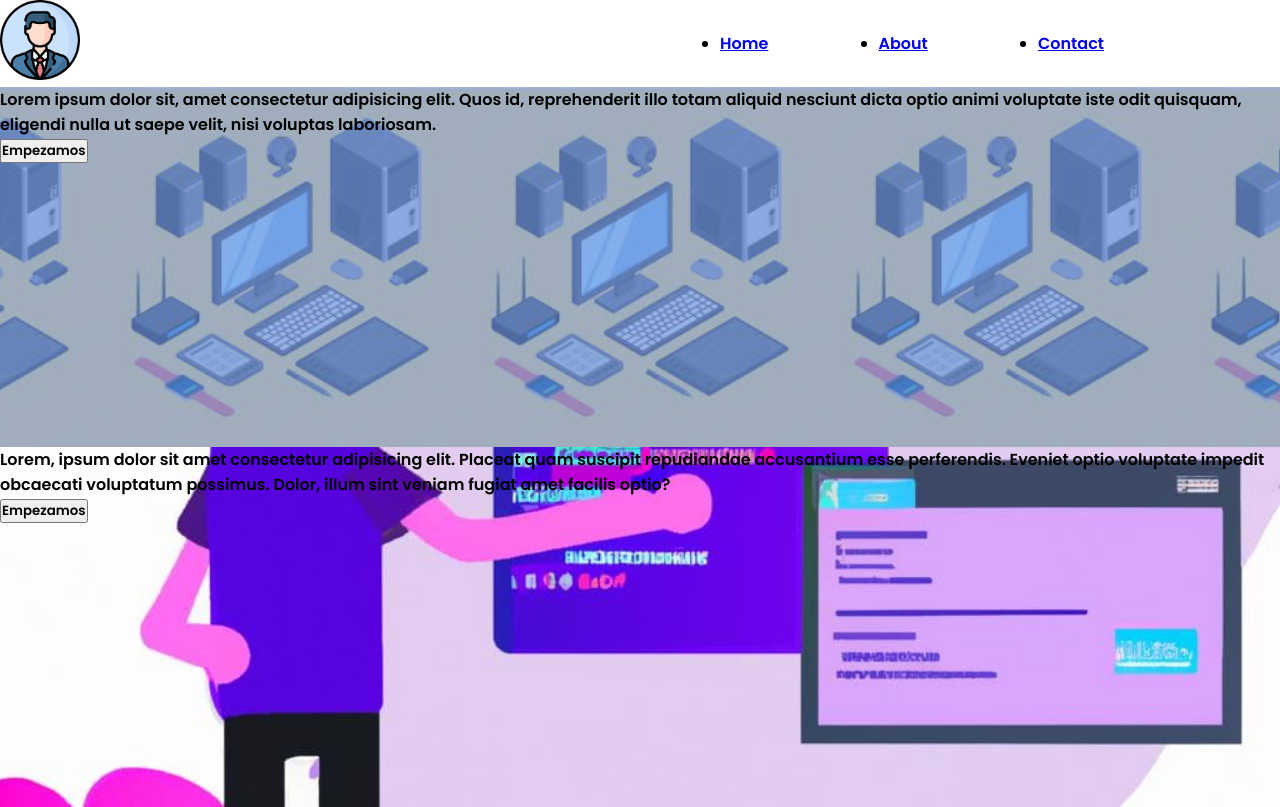
Repository: Sxcram02/projects
Page: screen-split/index.html
The author's editor kept a copy of each file at every save. The page is drawn from the files as they stood at one save, then again after the next save.
The browser window is 1280 px wide. The pictures show the whole page.

Above is the page before, as saved 2023-03-17 00:30:22.

### screen-split/index.html
<!DOCTYPE html>
<html lang="en">
<head>
    <meta charset="UTF-8">
    <meta http-equiv="X-UA-Compatible" content="IE=edge">
    <meta name="viewport" content="width=device-width, initial-scale=1.0">
    <link rel="stylesheet" href="https://cdn.jsdelivr.net/npm/boxicons@latest/css/boxicons.min.css">
    <link rel="stylesheet" href="style/index.css" type="text/css">
    <title>Screen Split</title>
</head>
<body>
    <div class="root-element">
    <header>
        <div class="image-perfil">
            <img src="media/Sin título.png" class="photoPerfil" alt="">
        </div>
        <nav>
            <ul>
                <li><a href="/index.html">Home</a></li>
                <li><a href="#">About</a></li>
                <li><a href="#">Contact</a></li>
            </ul>
        </nav>
    </header>
    <main>
        <aside class="box-text">
            <div class="image-filterHard">
            <p>Lorem ipsum dolor sit, amet consectetur adipisicing elit. Quos id, reprehenderit illo totam aliquid nesciunt dicta optio animi voluptate iste odit quisquam, eligendi nulla ut saepe velit, nisi voluptas laboriosam.</p>
            <button>Empezamos</button>
            </div>
        </aside>
        <aside class="box-software">
            <div class="image-filterSoft">
            <p>Lorem, ipsum dolor sit amet consectetur adipisicing elit. Placeat quam suscipit repudiandae accusantium esse perferendis. Eveniet optio voluptate impedit obcaecati voluptatum possimus. Dolor, illum sint veniam fugiat amet facilis optio?</p>
            <button>Empezamos</button>
            </div>
        </aside>
    </main>
    </div>
</body>
</html>

### screen-split/style/index.css
@import url('https://fonts.googleapis.com/css2?family=Poppins:ital,wght@0,600;0,700;0,800;1,700&display=swap');

* {
    padding: 0;
    margin: 0;
    box-sizing: border-box;
    font-family: 'Poppins',sans-serif;
}

header {
    width: 100vw;
    display: flex;
    justify-content: start;
    align-items: center;
}

.photoPerfil {
    width: 80px;
}

nav {
    margin-left: 50%;
    width: 30%;
}

nav ul {
    display: flex;
    justify-content: space-between;
    align-items: center;
}

main {
    width:100vw;
    height: 50vh;
}

aside {
    width: 100%;
    height: 100%;
}

.box-text {
    background-image: url(../media/hardware.jpeg);
    background-position: center;
    background-size: contain;
}

.box-software {
    background-image: url(../media/software.jpg);
    background-position: center;
    background-size: cover;
}

.image-filterHard {
    background-color: rgba(100, 148, 237, 0.605);
    height: 100%;
}

/* @media screen and (min-width:1000px){
    nav {
        width: 50%;
    }

    main {
        flex-direction: row;
    }

    div {
        width: 50%;
        height: 100vh;
    }
} */

After the next save:
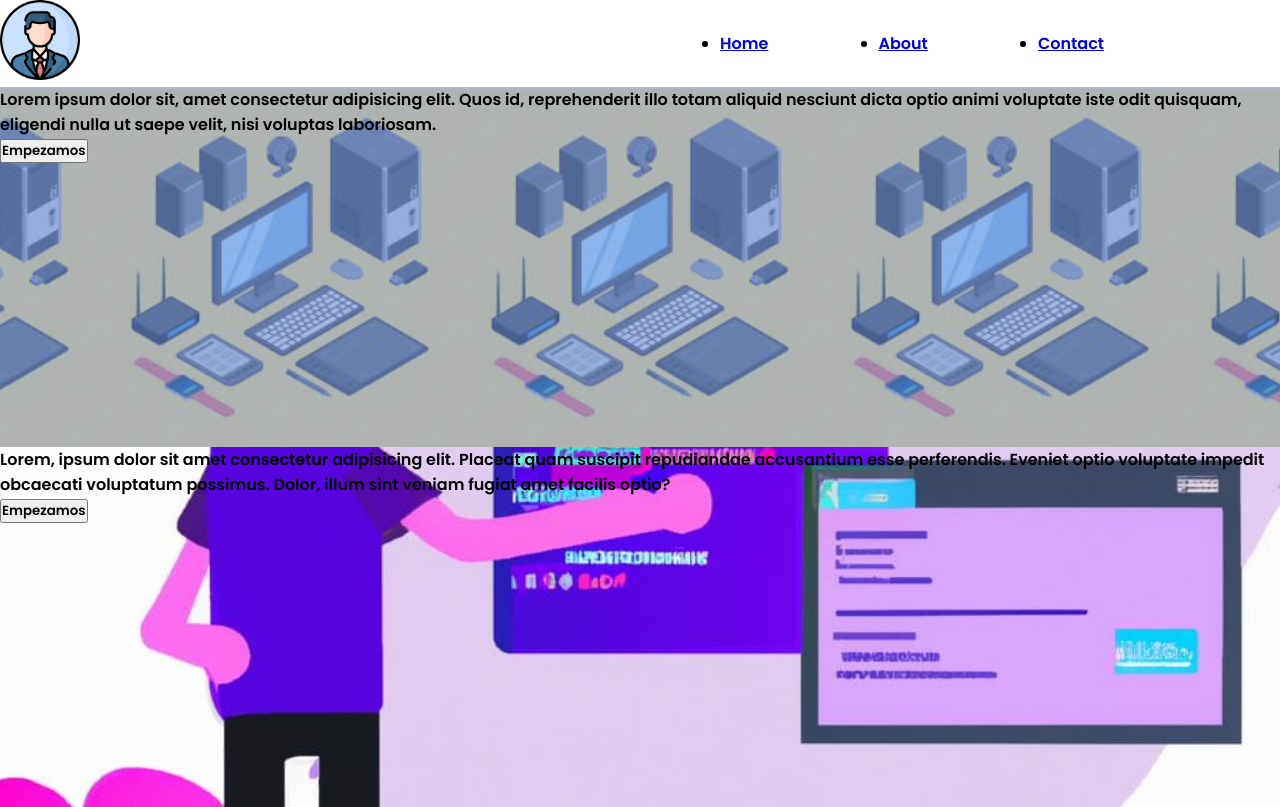
Saved 6 s later.
--- a/screen-split/style/index.css
+++ b/screen-split/style/index.css
@@ -52,7 +52,7 @@ aside {
 }
 
 .image-filterHard {
-    background-color: rgba(100, 148, 237, 0.605);
+    background-color: rgba(100, 148, 237, 0.508);
     height: 100%;
 }
 
